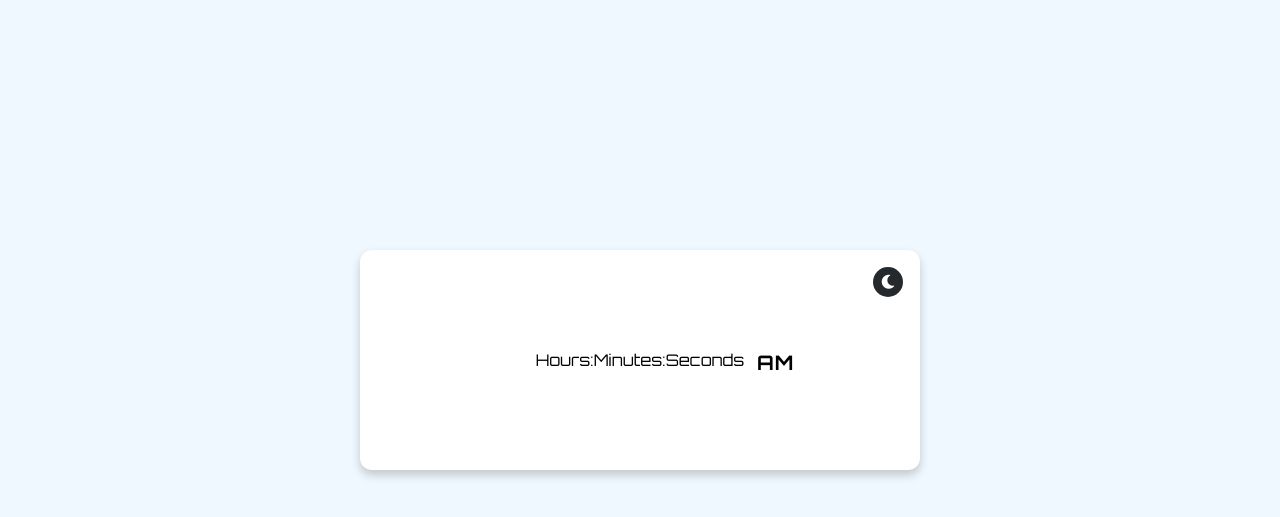
Repository: Seva2705/Clock
Page: index.html
An editor plug-in stored every save of this project. The page is shown before and after a run of saves, followed by the edit.
The browser window is 1280 px wide. The pictures show the whole page.

Above is the page before, as saved 2023-08-06 19:41:07.

### index.html
<!DOCTYPE html>
<html lang="en">
<head>
    <meta charset="UTF-8">
    <meta http-equiv="X-UA-Compatible" content="IE=edge">
    <meta name="viewport" content="width=device-width, initial-scale=1.0">
    <title>Clock</title>
    <link rel='stylesheet' href='https://cdnjs.cloudflare.com/ajax/libs/font-awesome/5.15.4/css/all.min.css'>
    <link rel="stylesheet" href="style.css">
</head>
<body>
    <section>

        <div class="container">
            <div class="icons">
                <i class="fas fa-moon"></i>
                <i class="fas fa-sun"></i>
            </div>
            <div class="time">
                <div class="time-colon">
                    <div class="time-text">
                        <span class="num hour_num"></span>
                        <span class="text">Hours</span>
                    </div>
                    <span class="colon">:</span>
                </div>
                <div class="time-colon">
                    <div class="time-text">
                        <span class="num min_num"></span>
                        <span class="text">Minutes</span>
                    </div>
                    <span class="colon">:</span>
                </div>
                <div class="time-colon">
                    <div class="time-text">
                        <span class="num sec_num"></span>
                        <span class="text">Seconds</span>
                    </div>
                    <span class="am_pm">AM</span>
                </div>
            </div>
        </div>
    </section>


    <script src="script.js"></script>

</body>
</html>

### style.css
@import url('https://fonts.googleapis.com/css2?family=Orbitron:wght@400;500;600;700&display=swap');


* {
    margin: 0;
    padding: 0;
    box-sizing: border-box;
    font-family: 'Orbitron', sans-serif;
    transition: all 0.4s ease;
}

section {
    min-height: 100vh;
    width: 100%;
    display: flex;
    align-items: center;
    justify-content: center;
    background: #F0F8FF;
    padding: 0 20px;
}

section.dark {
    background: #24292D;
}

.container {
    display: flex;
    align-items: center;
    justify-content: center;
    height: 220px;
    max-width: 560px;
    width: 100%;
    background: #fff;
    box-shadow: 0 5px 10px rgba(0, 0, 0, 0.2);
    border-radius: 12px;
    position: relative;
}

section.dark .container {
    background: #323840;
}

section .container .icons i {
    position: absolute;
    right: 17px;
    top: 17px;
    height: 30px;
    width: 30px;
    background: #24292D;
    color: #fff;
    text-align: center;
    line-height: 30px;
    border-radius: 50%;
    font-size: 14px;
    cursor: pointer;
}

section.dark .container .icons i {
    background: #fff;
    color: #323840;
}

.container .icons i.fa-sun {
    opacity: 0;
    pointer-events: none;
}

section.dark .container .icons i.fa-sun {
    opacity: 1;
    pointer-events: auto;
    font-style: 16px;
}

section .container .time {
    display: flex;
    align-items: center;
}

.time-colon {
    display: flex;
    align-items: center;
    position: relative;
}

.am_pm {
    position: absolute;
    top: 0;
    right: -50px;
    font-size: 20px;
    font-weight: 700;
    letter-spacing: 1px;
}

section.dark .time .time-colon .am_pm {
    color: #fff;
}

.time .time-colo

Loaded but not shown: script.js (no copy from this time; the picture is the same without it)

After the next 4 saves:
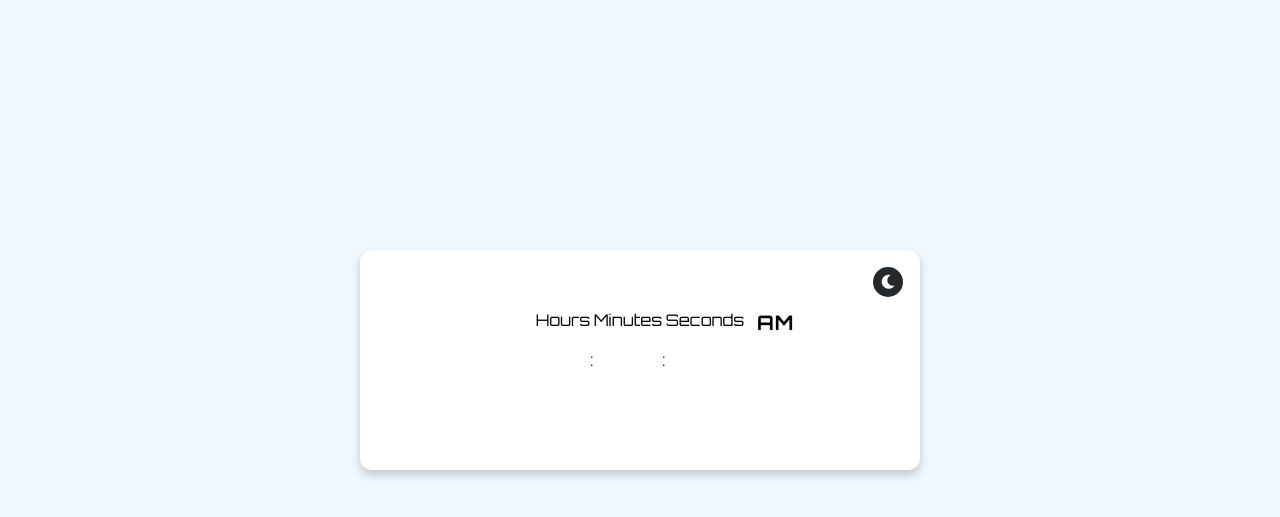
The 4 saves are shown as one change because they came seconds apart.
The last was saved 15 s later.
--- a/style.css
+++ b/style.css
@@ -95,4 +95,7 @@ section.dark .time .time-colon .am_pm {
     color: #fff;
 }
 
-.time .time-colo
+.time .time-colon .time-text {
+    height: 100px;
+
+}
